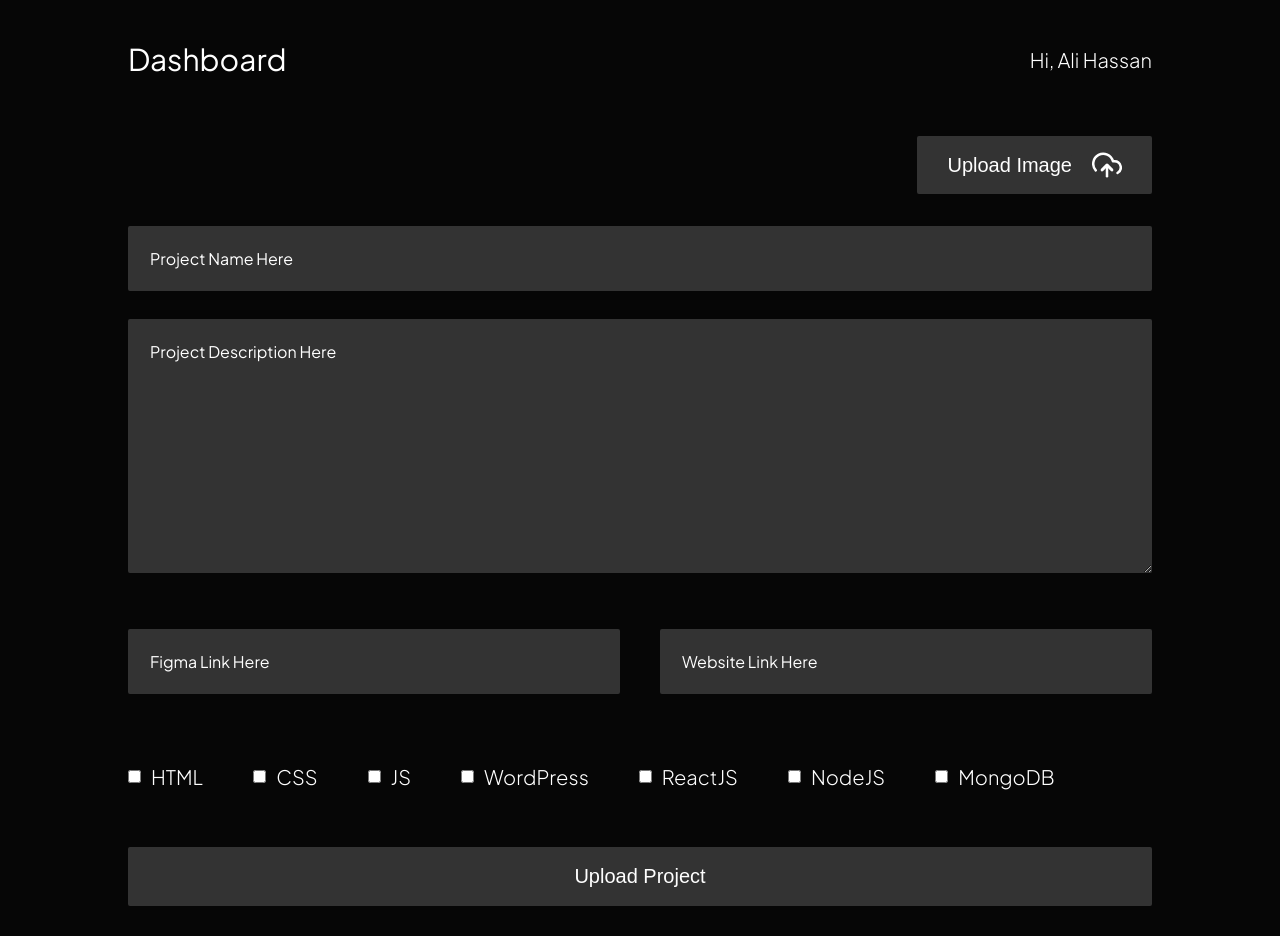
Repository: AliHassan02-Dev/PORTFOLIO
Page: /AdminDashborad (app in Front-end/)
These files come from the project's save history. The page is drawn as it stood at one moment and after the next save; the edit follows.
The browser window is 1280 px wide. The pictures show the whole page.
The project was rebuilt for these pictures with package versions that can differ from the ones it lists, and the page was loaded fresh each time. Also part of the build but not shown: Front-end/vite.config.js, Front-end/src/Pages/Home.jsx, Front-end/src/Pages/About.jsx, Front-end/src/Components/Footer.jsx, Front-end/src/Components/Navbar.jsx, Front-end/src/data.js, Front-end/src/Components/ProjectsBox.jsx, Front-end/src/App.jsx and 5 more.

Above is the page before, as saved 2024-08-31 22:33:17.

After the next save:
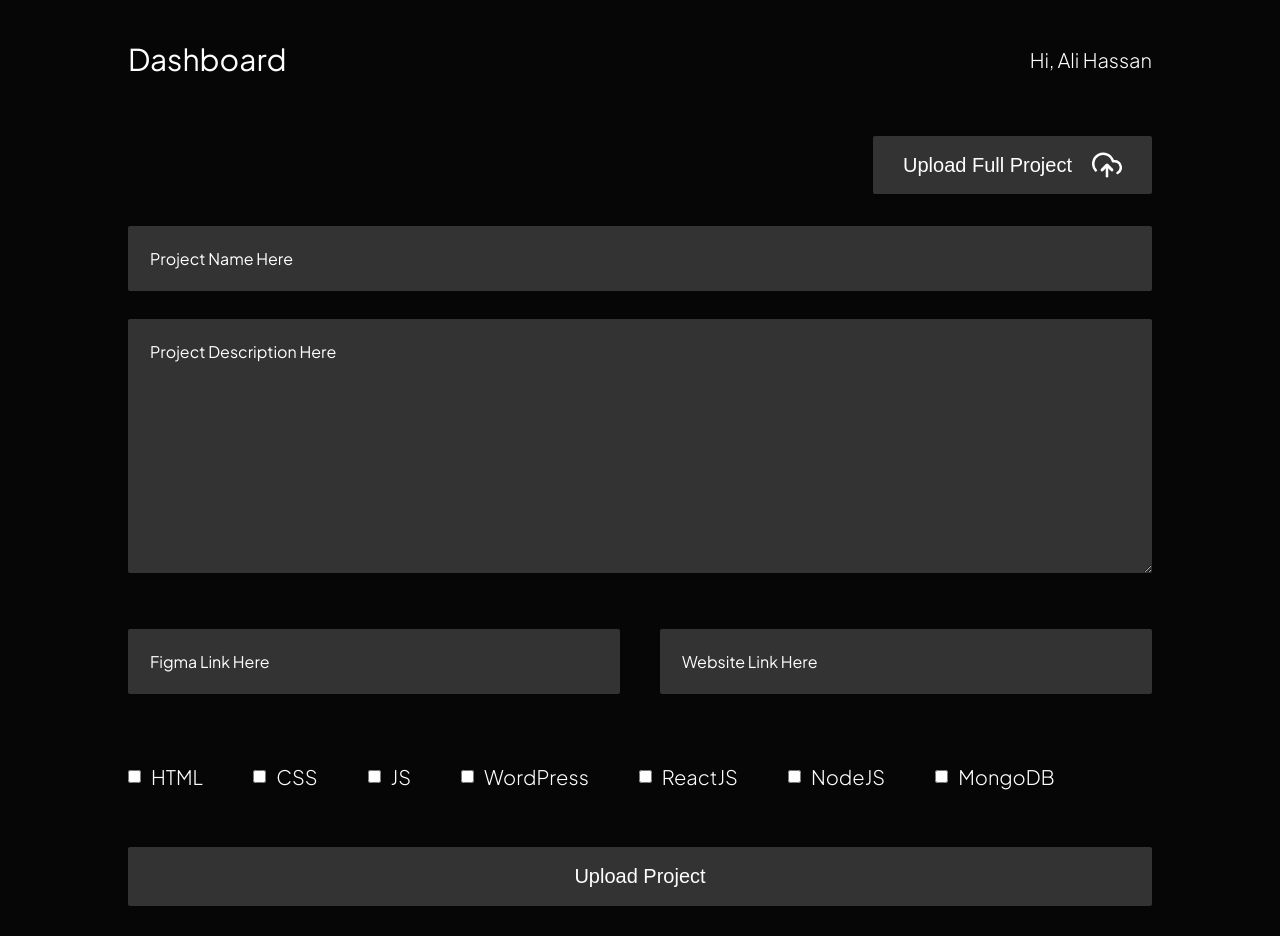
Saved 3 min 3 s later.
--- a/Front-end/src/Pages/AdminDashboard.jsx
+++ b/Front-end/src/Pages/AdminDashboard.jsx
@@ -68,7 +68,7 @@ const AdminDashboard = () => {
                 style={{ display: "none" }}
                 onChange={handleFileChange}
               />
-              <button onClick={handleButtonClick}>Upload Image</button>
+              <button onClick={handleButtonClick}>Upload Full Project</button>
             </div>
           </div>
 
